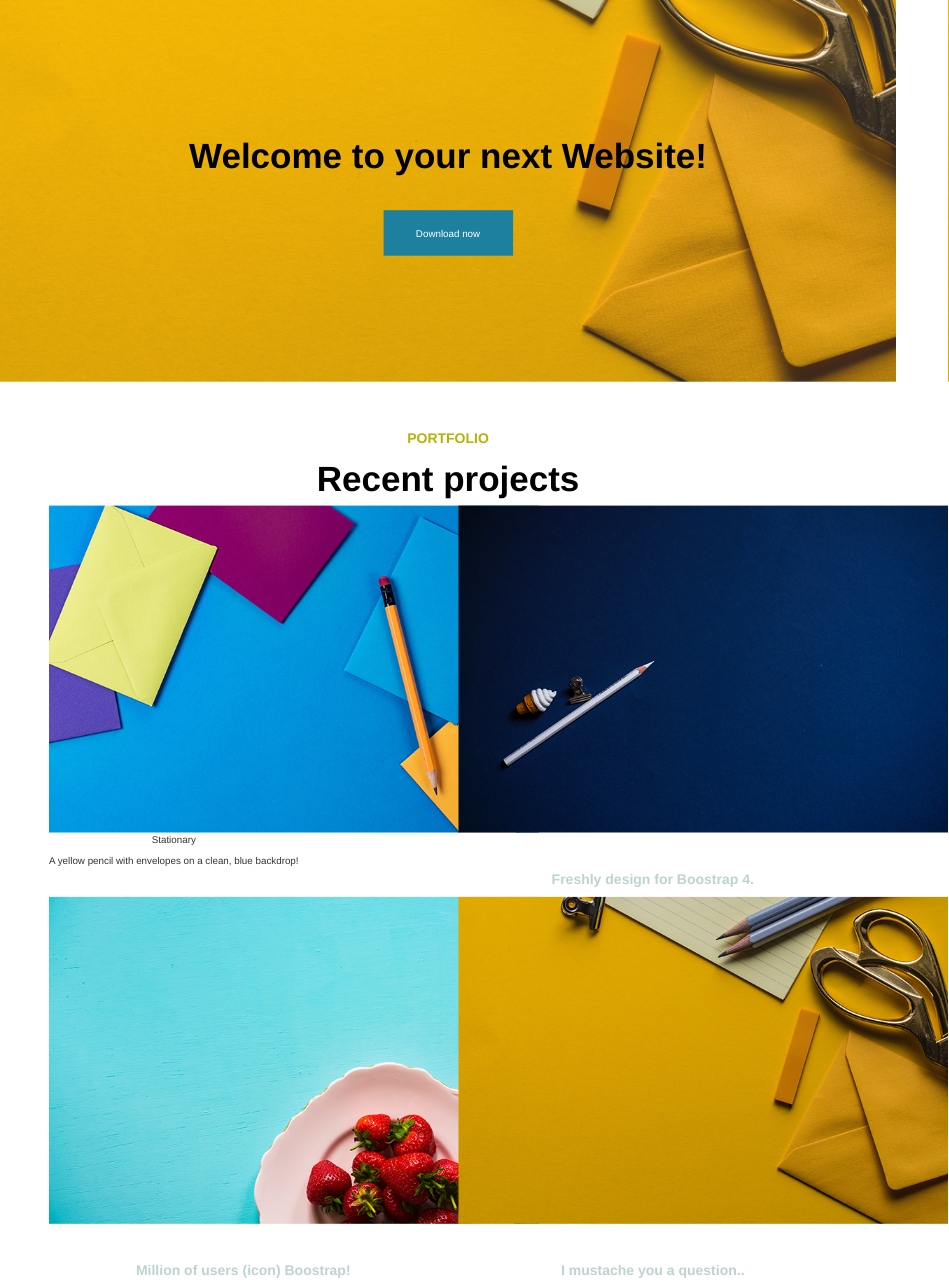
Repository: codin-full-stack/tomasz
Page: http://localhost/tomasz/portfolio/index.php
An editor plug-in stored every save of this project. The page is shown before and after the next save, followed by the edit.
The browser window is 1280 px wide. The page is 1355 px wide, so the pictures cover 1355 px, including what lies to the right of the window. The pictures show the part of the page from y = 1885 to 3725 px (the page is 3725 px tall), at 70% of full size.
Some web libraries are served in a nearby version. The page is run by PHP 8.4 with error messages shown; the project is at /var/www/html/.

Above is the page before, as saved 2018-10-23 09:12:10.

### portfolio/index.php
<!DOCTYPE html>
<html lang="en">
  <head>
    <meta charset="utf-8">
    <meta name="viewport" content="width=device-width, initial-scale=1, shrink-to-fit=no">
    <link rel="stylesheet" href="styles.css">
    <!-- Latest compiled and minified CSS -->
    <link rel="stylesheet" href="https://maxcdn.bootstrapcdn.com/bootstrap/3.3.7/css/bootstrap.min.css">
    <link rel="stylesheet" href="https://use.fontawesome.com/releases/v5.4.1/css/all.css" integrity="sha384-5sAR7xN1Nv6T6+dT2mhtzEpVJvfS3NScPQTrOxhwjIuvcA67KV2R5Jz6kr4abQsz" crossorigin="anonymous">
    <!-- jQuery library -->
    <script src="https://ajax.googleapis.com/ajax/libs/jquery/3.3.1/jquery.min.js"></script>
    <!-- Latest compiled JavaScript -->
    <script src="https://maxcdn.bootstrapcdn.com/bootstrap/3.3.7/js/bootstrap.min.js"></script>
  </head>

<body>
    <section class="first">
      <div class="container-fluid flex">
        <div class="textbox">
        <h1 class="maintext">Stylish portfolio</h1>
        <h2 class="secondtext"><i>A free Bootstrap Theme by Start Bootstrap</i></h2>
        <button class="button">Find Out More</button>
        </div>
      </div>
    </section>

    <section class="second">
      <div class="container-fluid flex">
        <div class="textbox2">
          <h1 class="maintext2">Stylish portfolio is the perfect theme for your next project!</h1>
          <h2 class="secondtext2"><i>This theme features is flexible, UX friendly sidebar menu and stock photos from your friends at Unsplash!</i></h2>
          <button class="button2">What We Offer</button>
        </div>
      </div>
    </section>

    <section class="third">
      <div class="container flex">
        <div class="textbox3">
        <h2 class="secondtext3">SERVICES</h2>
        <h1 class="maintext3">What We Offer</h1>
          <div class="row">
              <div class="col-md-3">
                <div class="iconframe"></div>
                <p class="maintext4">Responsive</p>
                <p class="secondtext4">Looks great on any screen size!</p>
              </div>
              <div class="col-md-3">
              <div class="iconframe"></div>
                <p class="maintext4">Redesigned</p>
                <p class="secondtext4">Freshly design for Boostrap 4.</p>
              </div>
              <div class="col-md-3">
                <div class="iconframe"></div>
                  <p class="maintext4">Favorited</p>
                  <p class="secondtext4">Million of users (icon) Boostrap!</p>

              </div>
              <div class="col-md-3">
                <div class="iconframe"></div>
                  <p class="maintext4">Question</p>
                  <p class="secondtext4">I mustache you a question..</p>
              </div>
            </div>
        </div>
      </div>
    </section>

        <section class="fourth">
      <div class="container-fluid flex">
        <div class="textbox4">
        <h1 class="maintext5">Welcome to your next Website!</h1>
        <button class="button">Download now</button>
        </div>
      </div>
    </section>

<section class="fifth">
      <div class="container flex">
        <div class="textbox5">
        <h2 class="secondtext5">PORTFOLIO</h2>
        <h1 class="maintext5">Recent projects</h1>
          <div class="row">
              <div class="col-md-6">
                <img src="images/portfolio-1.jpg" alt="">
                  <div class="photobox">
                  <p class="maintext6">Stationary</p>
                  <p class="secondtext6">A yellow pencil with envelopes on a clean, blue backdrop!</p>
                  </div>
              </div>
              <div class="col-md-6">
              <img src="images/portfolio-2.jpg" alt="">
                <p class="maintext4">Redesigned</p>
                <p class="secondtext4">Freshly design for Boostrap 4.</p>
              </div>
            </div>
            <div class="row">
              <div class="col-md-6">
              <img src="images/portfolio-3.jpg" alt="">


                  <p class="maintext4">Favorited</p>
                  <p class="secondtext4">Million of users (icon) Boostrap!</p>

              </div>
              <div class="col-md-6">
                <img src="images/portfolio-4.jpg" alt="">
                  <p class="maintext4">Question</p>
                  <p class="secondtext4">I mustache you a question..</p>
              </div>
            </div>
        </div>
      </div>
    </section>





</body>



























</html>

### portfolio/styles.css
body {
    /* width: 100vw;
    height: 100vh; */
}

.first {
    height: 100vh;
    display: flex;
    width: 100%;
    background-image: url("images/bg-masthead.jpg");
    background-position: left;
    background-repeat: no-repeat;
    background-size: cover;
}

.second {
    padding: 120px 0;
    background-color: #ffffff;

}
.third {
    background-color: #1d809f;
    height: 550px;
}

.fourth {
    height: 100vh;
    background-image: url("images/bg-callout.jpg");
    background-position: left;
    background-repeat: no-repeat;
    background-size: cover;
}
.fifth {
    /* height: 100vh; */

}

.textbox {
    width: 650px;
    align-self: center;
    text-align: center;
    margin: 0 auto;
}
.textbox2 {

    width: 840px;
    align-self: center;
    text-align: center;
    margin: 0 auto;
}

.textbox3 {
    padding-top: 100px;
    align-self: center;
    text-align: center;
    margin: 0 auto;
}
.textbox4 {
    padding-top: 350px;
    align-self: center;
    text-align: center;
    margin: 0 auto;
}
.textbox5 {
    padding-top: 50px;
    align-self: center;
    text-align: center;
    margin: 0 auto;
}

.first h1 {
    font-size: 85px;
}

.first h2 {
    font-size: 30px;
}

.second h1 {
    font-size: 26px;
    font-weight: 750;
}
.second h2 {
    font-size: 16px;
    font-weight: 750;
}
.third h2 {
    font-size: 20px;
    font-weight: bold;
    color: #b6b307;
}

.third h1 {
    font-size: 50px;
    font-weight: bold;
    color: #ffffff;
}
.fourth h1 {
    font-size: 50px;
    font-weight: bold;
    color: #000000;
}

.maintext4 {
    font-size: 30px;
    font-weight: bold;
    color: #ffffff;
}

.secondtext4 {
    font-size: 20px;
    font-weight: bold;
    color: #bcd4d1;
}

.fifth h2 {
    font-size: 20px;
    font-weight: bold;
    color: #b6b307;
}

.fifth h1 {
    font-size: 50px;
    font-weight: bold;
    color: #000000;
}

.container-fluid {

}

.flex {
    display: flex;
}

.button {
    width: 185px;
    height: 65px;
    background-color: #1d809f;
    border: none;
    color: #ffffff;
    align-self: center;
    margin-top: 40px;
}

.button2 {
    width: 185px;
    height: 65px;
    background-color: #000000;
    border: none;
    color: #ffffff;
    margin-top: 40px;
}

.iconframe {
    height: 120px;
    width: 120px;
    background-color: #ffffff;
    border-radius: 100%;
    display: inline-block;
}

.photobox {
    position: absolute;

}

After the next save:
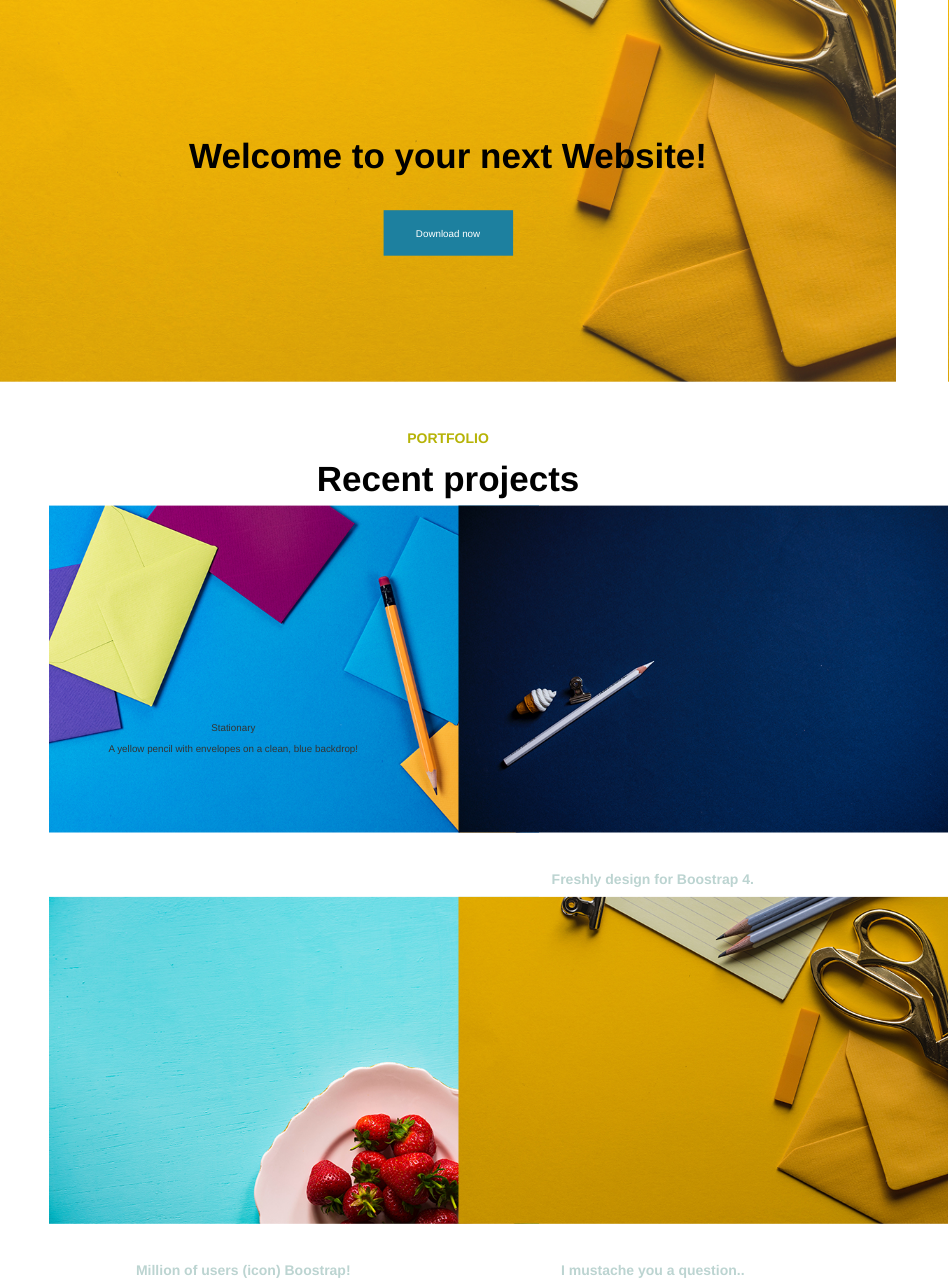
Saved 8 s later.
--- a/portfolio/styles.css
+++ b/portfolio/styles.css
@@ -162,5 +162,6 @@ body {
 
 .photobox {
     position: absolute;
-
+    bottom: 100px;
+    left: 100px;
 }
